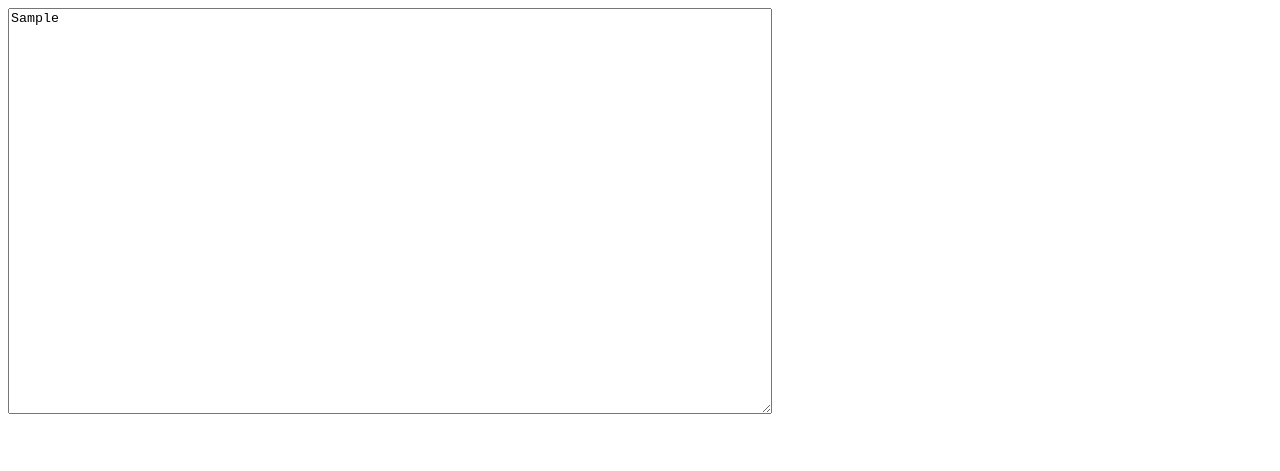
Repository: Gyeboorovsky/Playground
Page: Lettter Counter for Daniel/LetterCounter.html
An editor plug-in stored every save of this project. The page is shown before and after the next save, followed by the edit.
The browser window is 1280 px wide. The pictures show the whole page.
Empty fields were first filled with sample values (such as "Sample", 5 or name@example.com).
After loading, the first visible `#input` was changed once.

Above is the page before, as saved 2020-04-05 02:33:37.

After the next save:
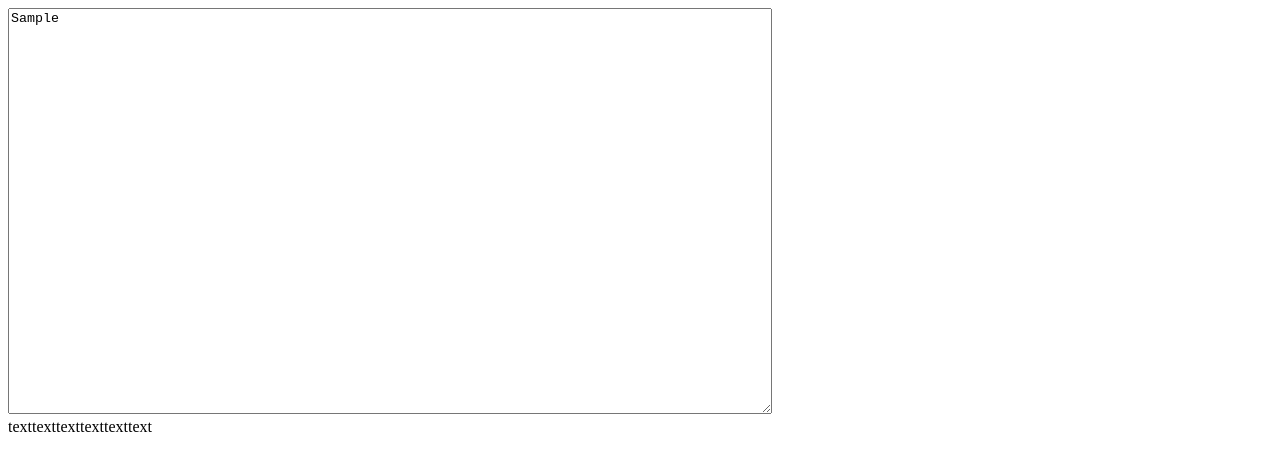
Saved 20 s later.
--- a/Lettter Counter for Daniel/LetterCounter.html
+++ b/Lettter Counter for Daniel/LetterCounter.html
@@ -15,7 +15,7 @@
 
                 keys = Object.keys(list);
 
-                var div = document.getElementById("input");
+                var div = document.getElementById("letters");
                 for(i=0; i < keys.length; i++){
                     div.innerHTML += "text";
                 }
